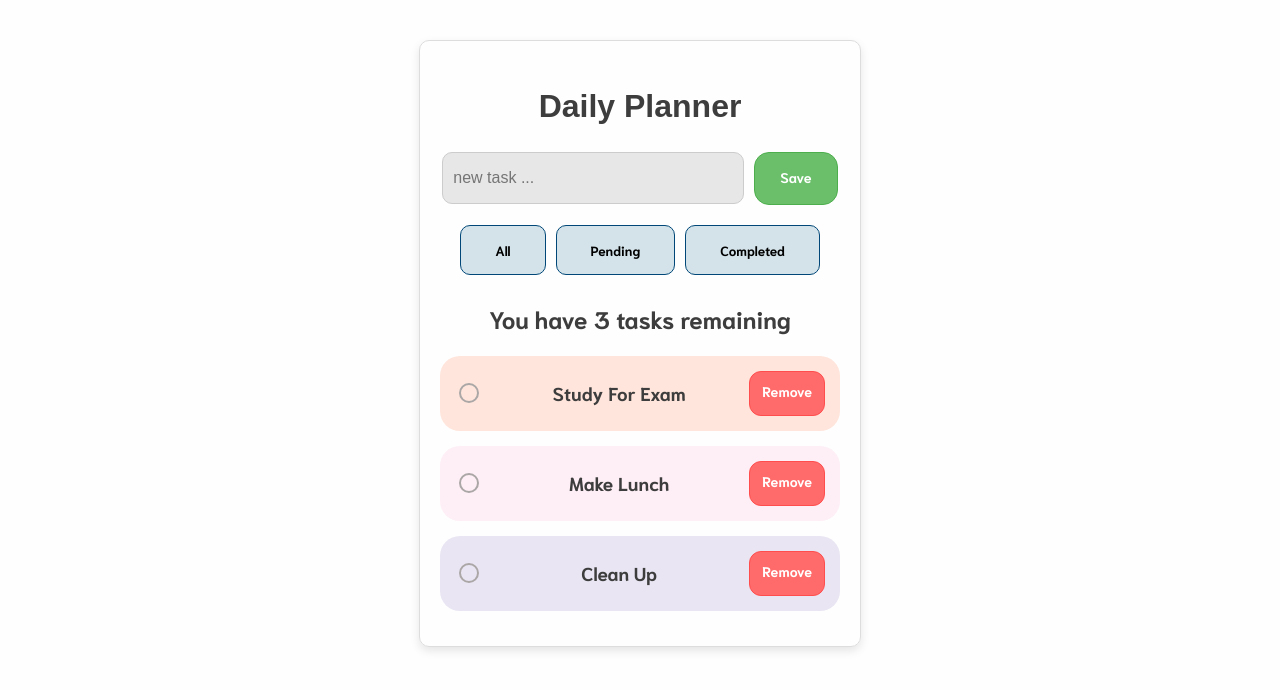
Repository: Zalida-Khan/Frontend-Lab4
Page: /
The author's editor kept a copy of each file at every save. The page is drawn from the files as they stood at one save, then again after the next save.
The browser window is 1280 px wide. The pictures show the whole page.
Some web fonts or font styles are not loaded; a fallback is used. The project was rebuilt for these pictures with package versions that can differ from the ones it lists, and the page was loaded fresh each time. Also part of the build but not shown: vite.config.js.

Above is the page before, as saved 2024-10-29 23:09:44.

After the next save:
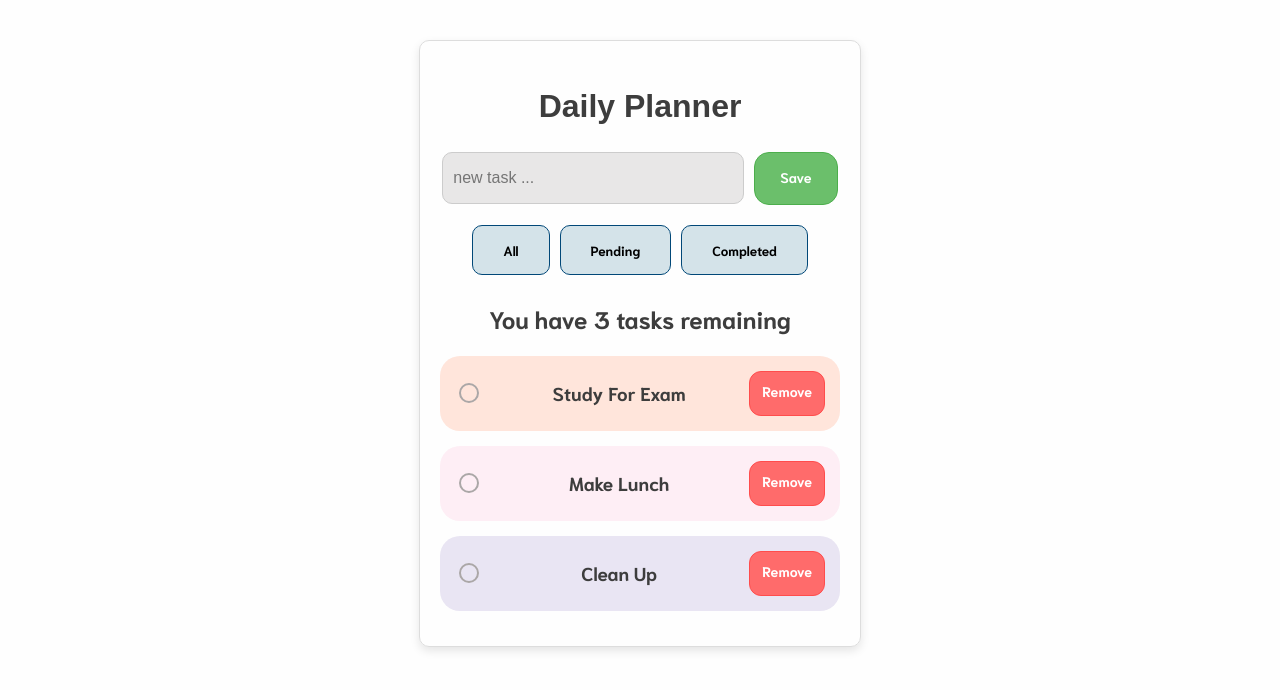
Saved 4 s later.
--- a/src/App.css
+++ b/src/App.css
@@ -173,7 +173,7 @@ h1 {
 }
 
 .filter-buttons button {
-  padding: 15px 34px;
+  padding: 15px 30px;
   border: 1px solid #014878;
   border-radius: 10px;
   background-color: #d4e3e9;
